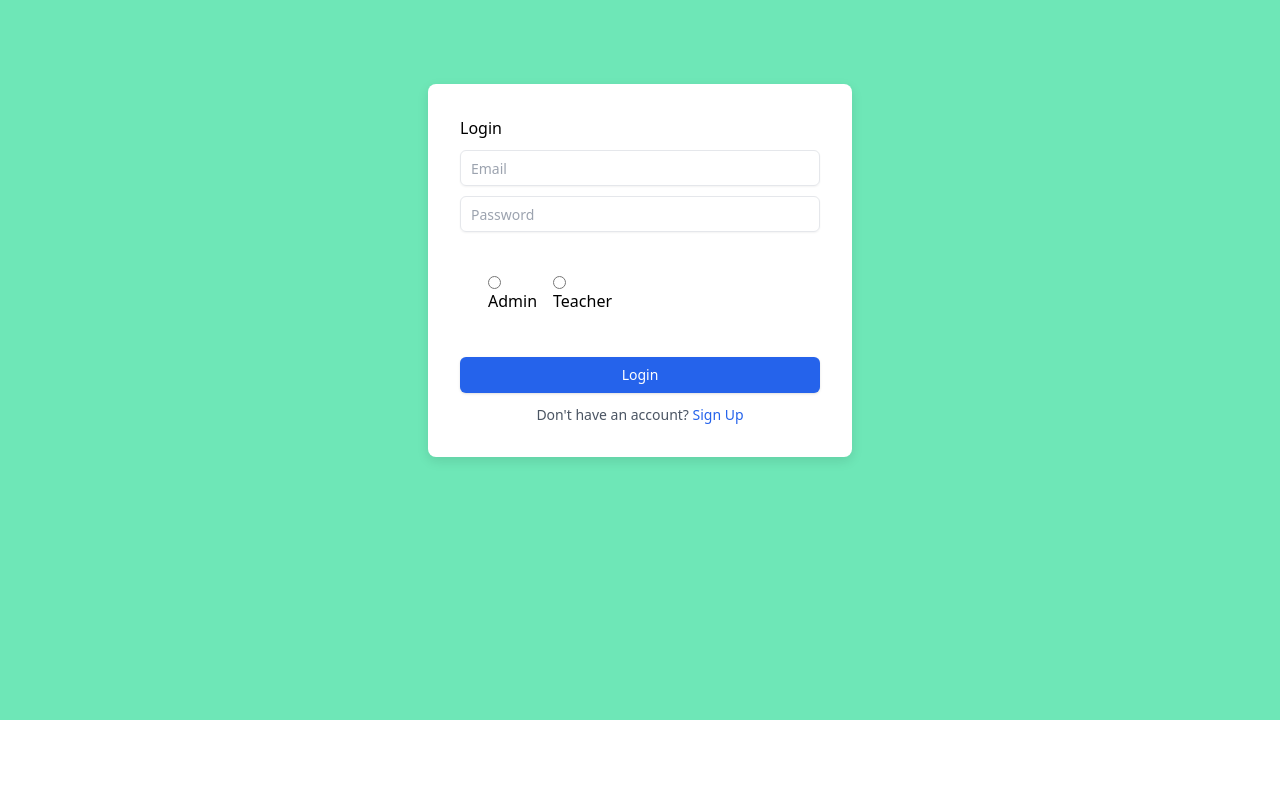
Repository: Haseeb467/Faculty-Online-data
Page: /
An editor plug-in stored every save of this project. The page is shown before and after the next save, followed by the edit.
The browser window is 1280 px wide. The pictures show the whole page.
The project was rebuilt for these pictures with package versions that can differ from the ones it lists, and the page was loaded fresh each time. Also part of the build but not shown: vite.config.ts, src/Components/Sidebar.tsx, src/Admin/EditTeacher/EditTeacher.tsx, src/Pages/mainPage/MainPageItems.tsx, src/Components/Loader.css, src/Components/Hourglass.tsx, src/Components/NavBar.tsx, src/Components/AdminLayout.tsx and 12 more.

Above is the page before, as saved 2024-12-29 15:03:58.

After the next save:
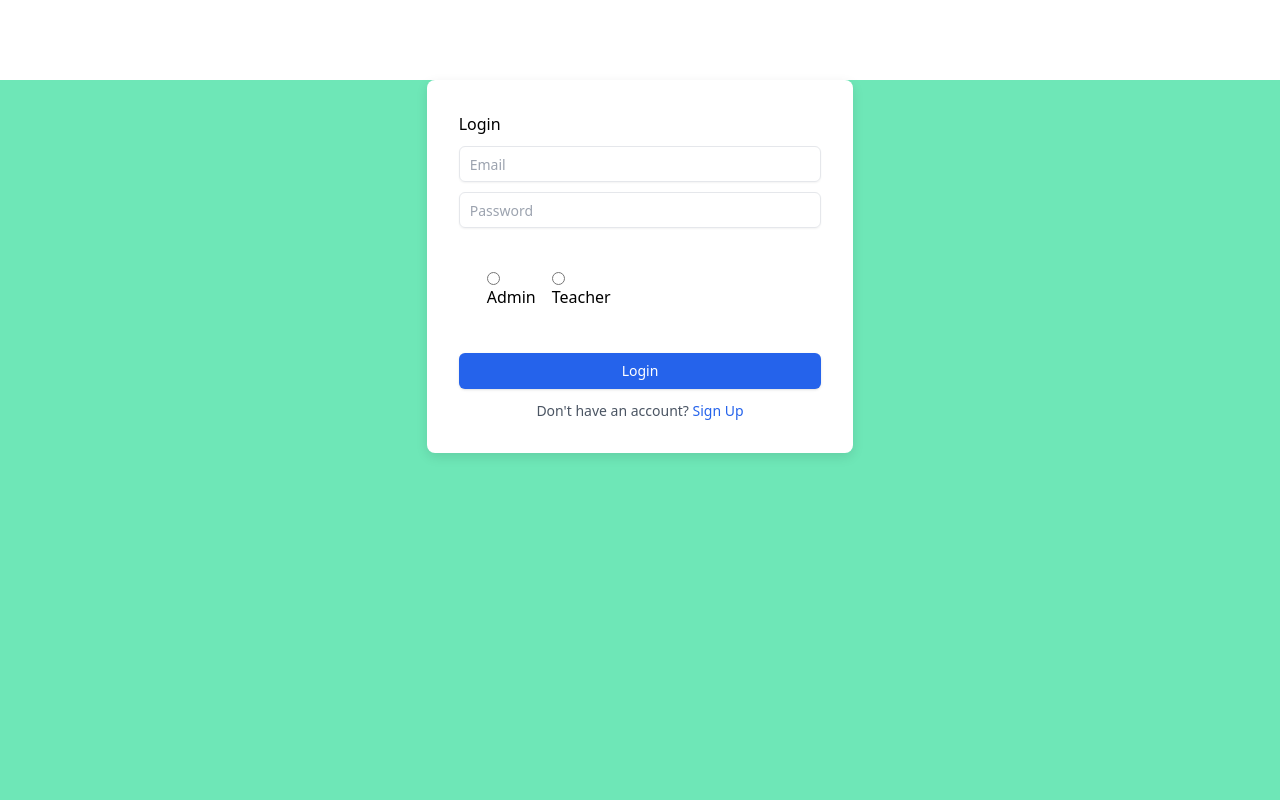
Saved 10 s later.
--- a/src/App.tsx
+++ b/src/App.tsx
@@ -21,7 +21,7 @@ import TeacherEdit from './Teacher/TeacherEdit';
 
 function App() {
   return (
-    <div className='bg-emerald-300 h-screen p-1' >
+    <div className='bg-emerald-300 h-screen ' >
       <ToastContainer />
       <AuthProvider >
         <Routes>
